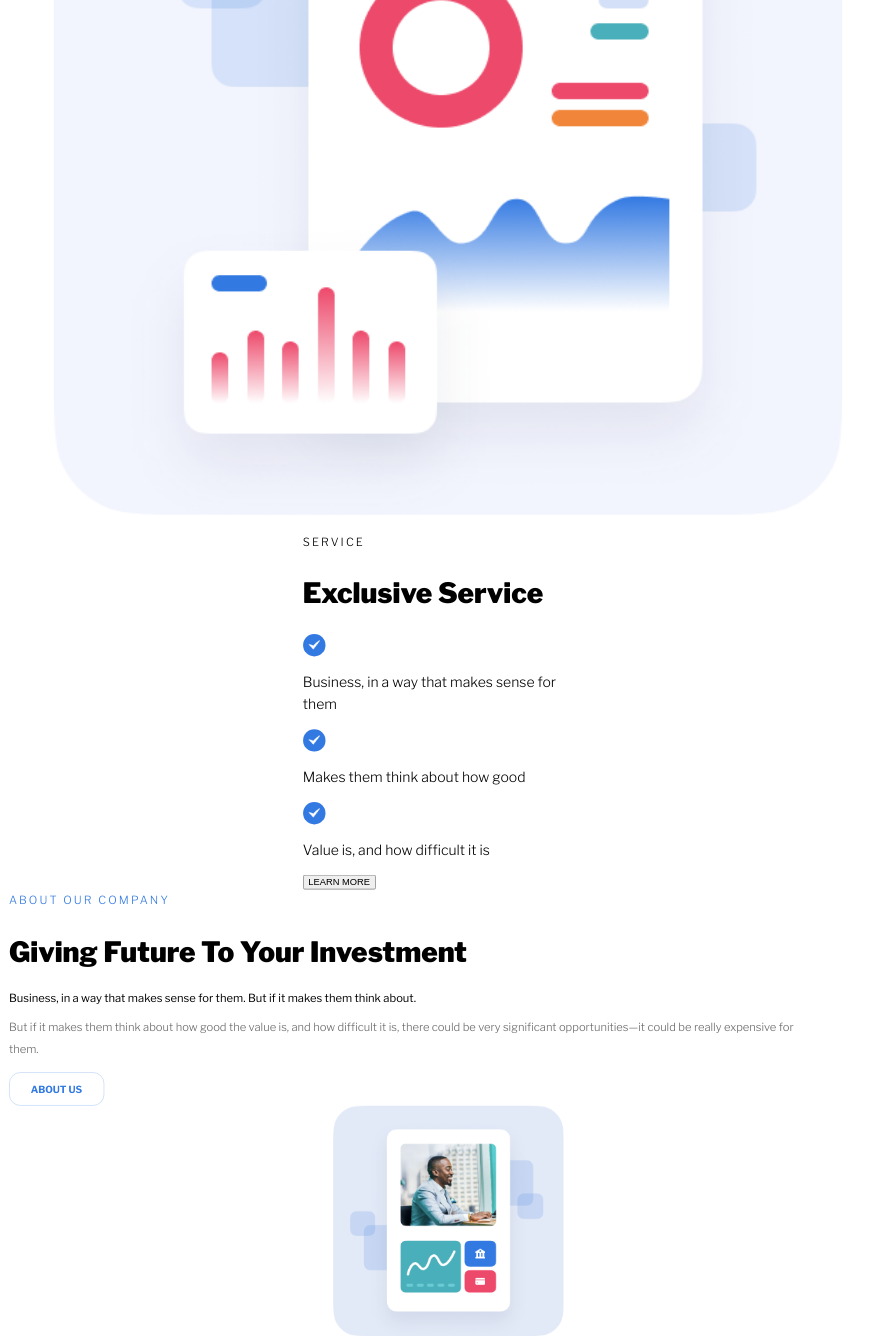
Repository: adryelfelipe/frontend-prova
Page: prova-figma/Prova/index.html
The author's editor kept a copy of each file at every save. The page is drawn from the files as they stood at one save, then again after the next save.
The browser window is 1280 px wide. The pictures show the part of the page from y = 2034 to 3954 px (the page is 3954 px tall before and 3858 px after), at 70% of full size.

Above is the page before, as saved 2026-06-22 19:22:38.

### prova-figma/Prova/index.html
<!DOCTYPE html>
<html lang="en">
<head>
    <meta charset="UTF-8">
    <meta name="viewport" content="width=device-width, initial-scale=1.0">
    <link rel="stylesheet" href="style/variaveis.css">
    <link rel="stylesheet" href="./style/style.css">
    <title>Document</title>
</head>
<body>
    <header>
        <h2>MNY</h2>

        <nav>
            <p>About</p>
            <p>Features</p>
            <p>Services</p>
            <p>Pricing</p>
            <p>Blog</p>
        </nav>

        <button>CONTACT</button>

        <img src="./assets/icon/hamburguer.svg" alt="">
    </header>
    <main>
        <section class="hero">
            <article class="hero-first-article">
                <h3 class="subtitle-base hero-subtitle">MAKE MONEY</h3>
                <h1 class="title-base hero-title">Grow Your Money Like Never Before</h1>
                <p class="paragraph hero-paragraph">Business, in a way that makes sense for them. But if it makes them think about how good the value.</p>
                <button class="hero-button">GET STARTED</button>
            </article>
            <article class="hero-second-article">
                <!-- <img class src="assets/img/homem-terno.png" alt=""> -->
            </article>
        </section>

        <section class="service">
            <div class="service-container">
                <article class="service-card">
                    <div class="bg-icon-fly">
                        <img src="./assets/icon/icon1-fly-section2.svg" class="icon-fly" alt="">
                    </div>

                    <h3 class="subtitle-tertiary">Strong Security</h3>
                    <p class="paragraph">Way that makes sense for them. But if it makes them think about how good the value is, and how difficult it is.</p>
                </article>

                <article class="service-card">
                    <div class="bg-icon-backpack">
                        <img src="./assets/icon/icon2-backpack-section2.png" class="icon-backpack" alt="">
                    </div>

                    <h3 class="subtitle-tertiary">Creative Solutions</h3>
                    <p class="paragraph">But if it makes them think about how good the value is, and how difficult it is, there could be very significant.</p>
                </article>

                <article class="service-card">
                    <div class="bg-icon-rocket">
                        <img src="./assets/icon/icon3-rocket-section2.png" class="icon-rocket" alt="">
                    </div>

                    <h3 class="subtitle-tertiary">Free Online</h3>
                    <p class="paragraph">Good the value is, and how difficult it is, there could be very significant opportunities.</p>
                </article>
            </div>

            <div class="service-container-line">

            </div>

            <img src="./assets/img/infos-section2.png" class="service-img" alt="">

            <article>
                <h3 class="subtitle-base">SERVICE</h3>
                <h2 class="subtitle-secondary">Exclusive Service</h2>

                <div class="service-subcard">
                    <div class="bg-icon-correct">
                        <img src="./assets/icon/correct-icon-section2.png" class="icon-correct" alt="">
                    </div>

                    <p class="paragraph-base">Business, in a way that makes sense for them</p>
                </div>

                <div class="service-subcard">
                    <div class="bg-icon-correct">
                        <img src="./assets/icon/correct-icon-section2.png" class="icon-correct" alt="">
                    </div>

                    <p class="paragraph-base">Makes them think about how good</p>
                </div>

                <div class="service-subcard">
                    <div class="bg-icon-correct">
                        <img src="./assets/icon/correct-icon-section2.png" class="icon-correct" alt="">
                    </div>

                    <p class="paragraph-base">Value is, and how difficult it is</p>
                </div>

                <button>LEARN MORE</button>
            </article>
        </section>
        <section class="our-company">
            <article class="company-first-article">
                <h3 class="subtitle-base company-subtitle">ABOUT OUR COMPANY</h3>
                <h2 class="subtitle-secondary">Giving Future To Your Investment</h2>
                <p class="company-paragraph">Business, in a way that makes sense for them. But if it makes them think about.</p>
                <p class="paragraph company-paragraph-second">But if it makes them think about how good the value is, and how difficult it is, there could be very significant opportunities—it could be really expensive for them.</p>
                <button class="company-button">ABOUT US</button>
            </article>
            <article class="company-second-article">
                <img src="assets/img/our-company.png" alt="">
            </article>
        </section>
    </main>
</body>
</html>

### prova-figma/Prova/style/variaveis.css
@import url('https://fonts.googleapis.com/css2?family=Libre+Franklin:ital,wght@0,100..900;1,100..900&display=swap');

:root {
    --primary-color: #FFFFFF;
    --header-icon-border-color: rgba(255, 255, 255, 0.3);
    --bg-color: rgba(50, 121, 226, 1);

    --subtitle: rgba(170, 196, 234, 1);

    --normal-line: rgba(213, 214, 225, 1);

    /*Icons Session 2*/
    --bg-icon-fly: rgba(230, 247, 248, 1);
    --bg-icon-backpack: rgba(252, 237, 240, 1);
    --bg-icon-rocket: rgba(253, 243, 230, 1);
    --bg-icon-correct: rgba(50, 121, 226, 1);

    --icon-fly-color: rgba(73, 175, 186, 1);
    --icon-backpack-color: rgba(237, 73, 107, 1);
    --icon-rocket-color: rgba(241, 134, 59, 1);
    --icon-correct-color: rgba(255, 255, 255, 1)
}

.title-base{
    font-family: 'Libre Franklin';
    font-weight: 900;
    font-size: 3.5rem;
    line-height: 64px;
    letter-spacing: -1px;
}

.subtitle-base{
    margin: 0;
    font-family: 'Libre Franklin';
    font-weight: 300;
    font-size: 1rem;
    line-height: 32px;
    letter-spacing: 3px;
    text-transform: uppercase;
}

.subtitle-secondary{
    font-family: 'Libre Franklin';
    font-weight: 900;
    font-size: 2.5rem;
    line-height: 48px;
    letter-spacing: 0px;
}

.subtitle-tertiary{
    font-family: Libre Franklin;
    font-weight: 900;
    font-size: 24px;
    line-height: 32px;
    letter-spacing: 0px;
}

.paragraph{
    font-family: 'Libre Franklin';
    font-weight: 300;
    font-size: 1rem;
    line-height: 32px;
    letter-spacing: 0px;
}

.paragraph-base{
    font-family: Libre Franklin;
    font-weight: 300;
    font-size: 20px;
    line-height: 32px;
    letter-spacing: 0px;
    width: 90%;
}

### prova-figma/Prova/style/style.css
body{
    font-family:"Libre Franklin";
    margin: 0px;
}

/* HEADER */
header{
    display: flex;
    justify-content: space-around;
    align-items: center;
    background-color: var(--bg-color);
}

header nav{
    display: none;
}

header button{
    display: none;
}

header img {
    border: solid 1px var(--header-icon-border-color);
    border-radius: 16px;
}

header h2 {
    color: var(--primary-color);
}


/* SECTION HERO */
.hero{
    background: linear-gradient(135deg, #3279E2 0%, #CACAEB 100%);
    margin-bottom: 80px;
}

.hero-first-article{
    width: 98%;                     /*OBSERVAÇÃO IMPORTANTE EM QUESTÃO          DO POSICIONAMENTO E FIDELIDADE AO FIGMA*/
    justify-self: center;           /*O POSICIONAMENTO FOI ALTERADO POIS, EMBORA A TIPOGRAFIA TENHA SIDO COPIADA EXTRITAMENTE SEMLHANTE AO FIGMA OS TAMANHOS E POSICIONAMENTOS DA TELA NA RESOLUÇÃO MÍNIMA INDICADA NÃO DARIAM CERTO*/
}

.hero-subtitle{
    color: var(--subtitle);
}

.hero-title{
    color: var(--primary-color);
}

.hero-paragraph{
    color: rgba(255, 255, 255, 0.5);
}

.hero-button{
    background-color: rgba(17, 17, 17, 1);
    color: var(--primary-color);
    padding: 16px 30px;
    font-family: Libre Franklin;
    font-weight: 700;
    font-size: 14px;
    line-height: 100%;
    letter-spacing: 0px;
    text-align: center;
    text-transform: uppercase;
    border: none;
    border-radius: 16px;
}

/* .hero-second-article{
    width: 405px;
    height: 80%;
}

.image{
    object-fit: cover;

} */

/* SECTION SERVICE */
.service {
    display: flex;
    flex-direction: column;
    align-items: center;
}

.service-container {
    display: flex;
    flex-direction: column;
    gap: 64px;
}

.service-container-line {
    height: 1px;
    background-color: var(--normal-line);
    width: 85vw;
    justify-self: center;
    margin-top: 80px;
    margin-bottom: 95px;
}

.service-img {
    justify-self: center;
    width: 88vw;
    height: 88vw;
}

.service-card {
    display: flex;
    flex-direction: column;
}

.service-card p {
    width: 306px;
}

.bg-icon-fly {
    display: flex;
    justify-content: center;
    align-items: center;
    border-radius: 100px;
    width: 6rem;
    height: 6rem;
    background-color: var(--bg-icon-fly)
}

.icon-fly {
    height: 2rem;
    width: 3rem;
}

.bg-icon-backpack {
    display: flex;
    justify-content: center;
    align-items: center;
    border-radius: 100px;
    width: 6rem;
    height: 6rem;
    background-color: var(--bg-icon-backpack)
}

.icon-backpack {
    height: 2,5rem;
    width: 3rem;
}

.bg-icon-rocket {
    display: flex;
    justify-content: center;
    align-items: center;
    border-radius: 100px;
    width: 6rem;
    height: 6rem;
    background-color: var(--bg-icon-rocket)
}

.icon-rocket {
    height: 3rem;
    width: 3rem;
}

.bg-icon-correct {
    display: flex;
    justify-content: center;
    align-items: center;
    border-radius: 100px;
    width: 2rem;
    height: 2rem;
    background-color: var(--bg-icon-correct)
}

.icon-correct {
    width: 1rem;
    height: 0,8rem;
    color: var(--icon-correct-color);
}

class="service-subcard"

/* SECTION OUR COMPANY */

.our-company{
    background-color: rgba(236, 241, 250, 1);
}

.company-subtitle{
    color: rgba(50, 121, 226, 1);
}

.company-paragraph{

}

.company-button{
    background-color: transparent;
    color: rgba(50, 121, 226, 1);
    padding: 16px 30px;
    font-family: Libre Franklin;
    font-weight: 700;
    font-size: 14px;
    line-height: 100%;
    letter-spacing: 0px;
    text-align: center;
    text-transform: uppercase;
    border: 1px solid rgba(50, 121, 226, 0.3);
    border-radius: 16px;
}

.company-paragraph-second{
    color: rgba(51, 51, 51, 0.75);
    width: 90%;
}

.company-first-article{
    width: 98%;
    justify-self: center;
}

.company-second-article{
    justify-self: center;
}

After the next save:
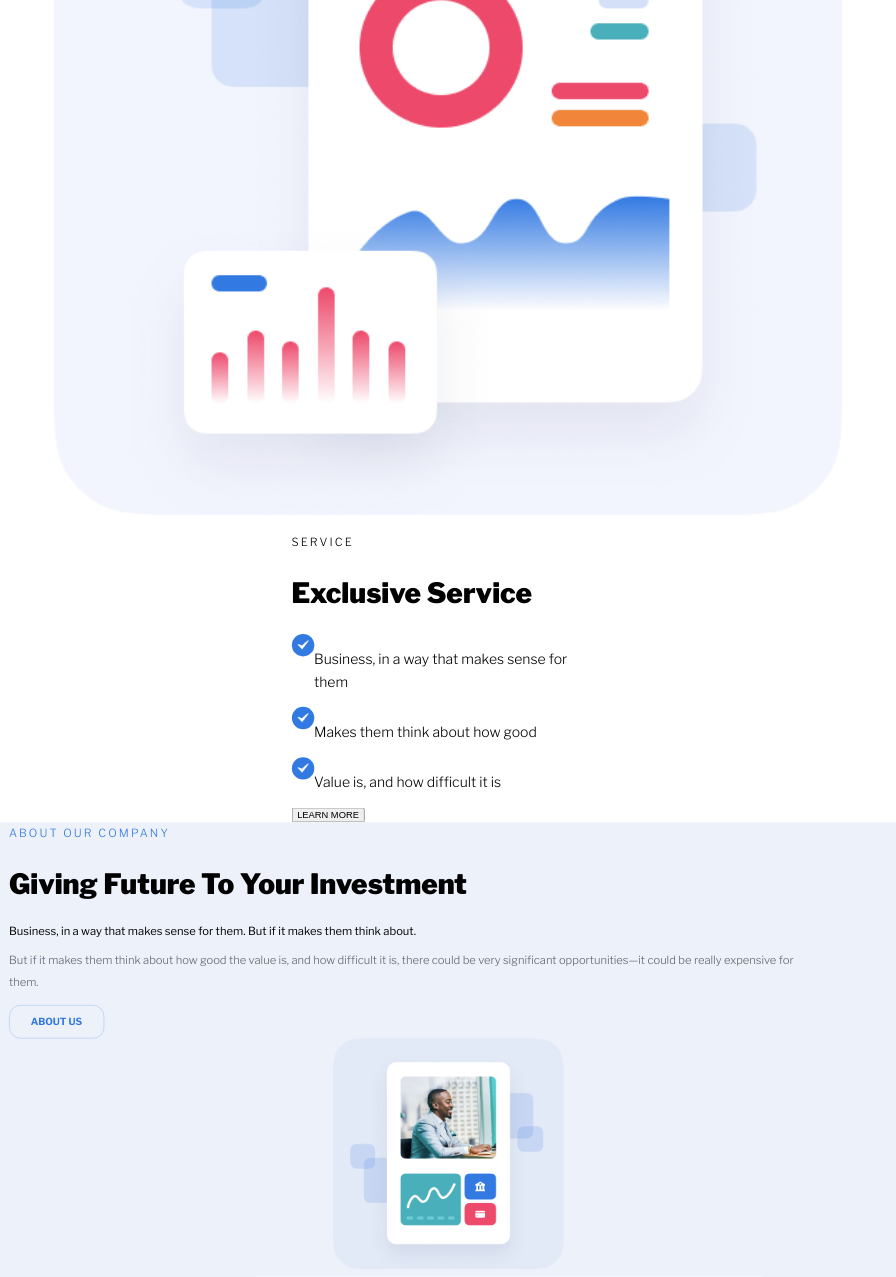
Saved 6 s later.
--- a/prova-figma/Prova/style/style.css
+++ b/prova-figma/Prova/style/style.css
@@ -175,7 +175,9 @@ header h2 {
     color: var(--icon-correct-color);
 }
 
-class="service-subcard"
+.service-subcard {
+    display: flex;
+}
 
 /* SECTION OUR COMPANY */
 
